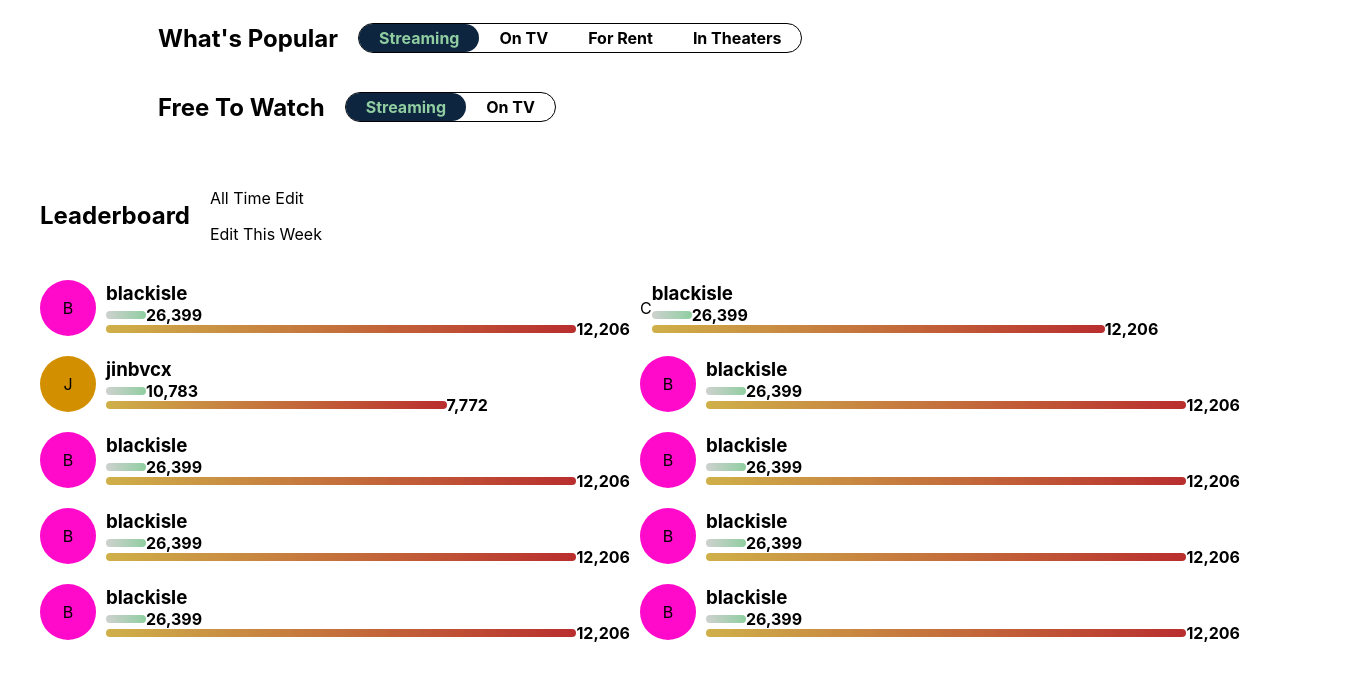
Repository: Fauzaanmhmd/qnpTesFrontend
Page: /
These files come from the project's save history. The page is drawn as it stood at one moment and after the next save; the edit follows.
The browser window is 1280 px wide. The page is 1371 px wide, so the pictures cover 1371 px, including what lies to the right of the window. The pictures show the part of the page from y = 364 to 1054 px (the page is 1054 px tall).
The page's requests for data from a server got no answer. The project was rebuilt for these pictures with package versions that can differ from the ones it lists, and the page was loaded fresh each time. The framework's server and built-in components were replaced by stand-ins that run in the browser. No one was signed in, and anything a server would have sent is missing. Also part of the build but not shown: next.config.js, styles/Moviecard.module.scss, pages/components/Moviecard.tsx.

Above is the page before, as saved 2022-03-20 22:49:29.

After the next save:
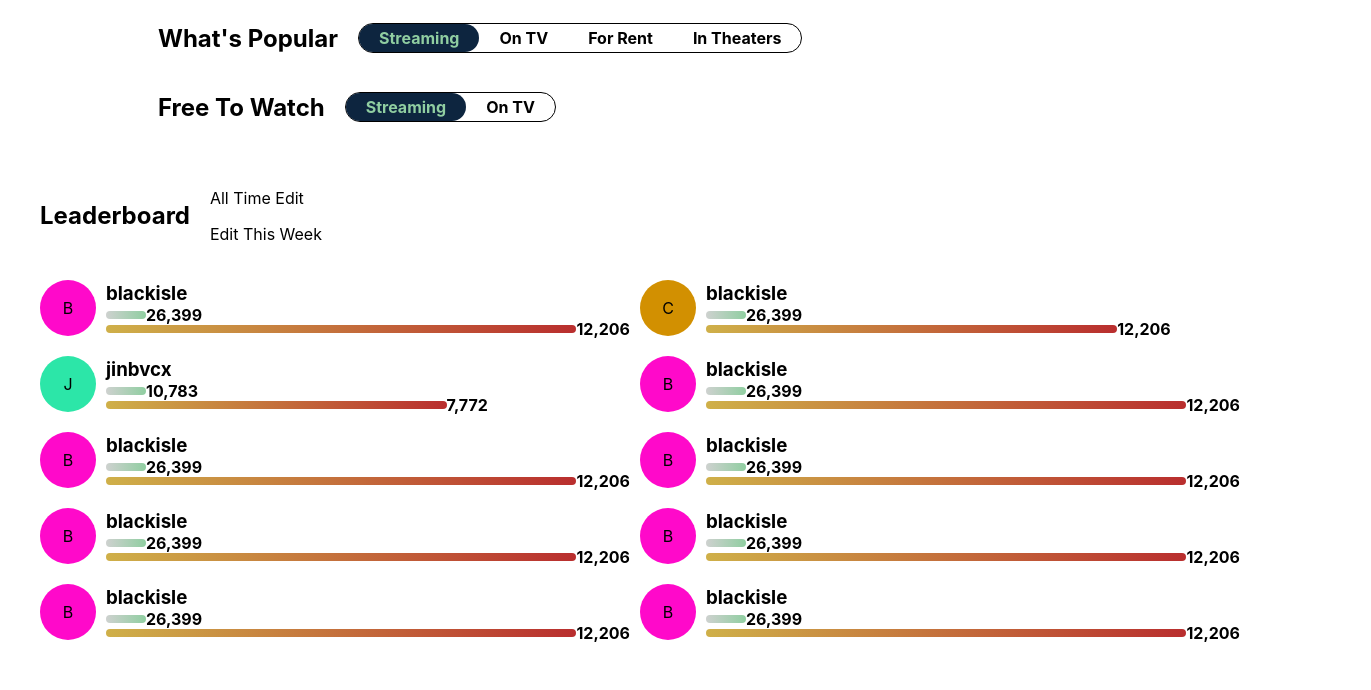
Saved 15 s later.
--- a/styles/Leaderboard.module.scss
+++ b/styles/Leaderboard.module.scss
@@ -89,7 +89,7 @@
     border-radius: 50%;
 }
 
-.avatarJ {
+.avatarC {
     min-width: 56px;
     width: 56px;
     height: 56px;
